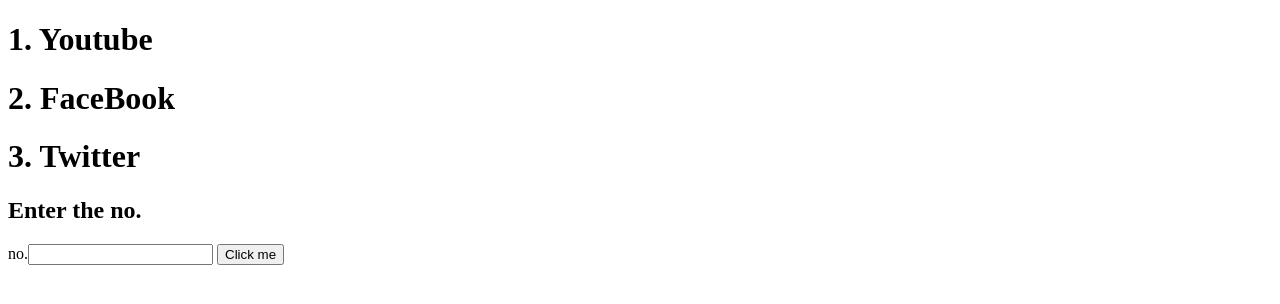
Repository: Strangeryoga/JSHS
Page: J2EE/P1/src/main/webapp/ok.html
These files come from the project's save history. The page is drawn as it stood at one moment and after the next save; the edit follows.
The browser window is 1280 px wide. The pictures show the whole page.

Above is the page before, as saved 2023-05-22 18:18:08.

After the next save:
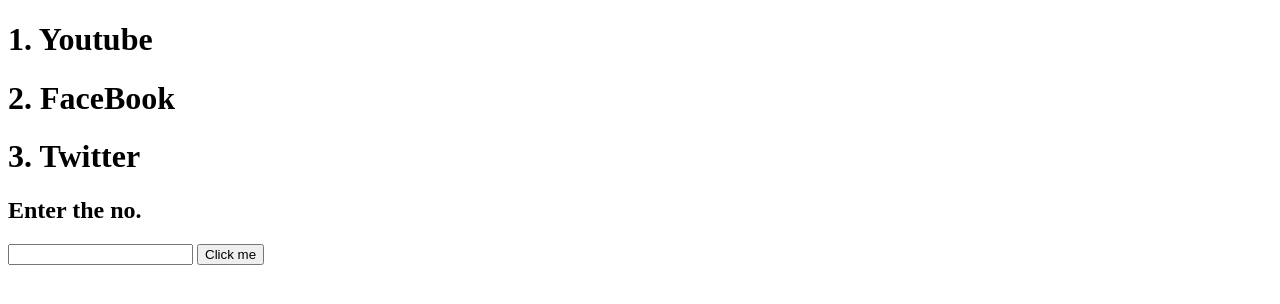
Saved 10 s later.
--- a/J2EE/P1/src/main/webapp/ok.html
+++ b/J2EE/P1/src/main/webapp/ok.html
@@ -11,7 +11,7 @@
 <h1>2. FaceBook</h1>
 <h1>3. Twitter</h1>
 <h2>Enter the no.</h2>
-no.<input type="text" name="num1">
+<input type="text" name="num1">
 <button>Click me</button>
 </form>
 </body>
